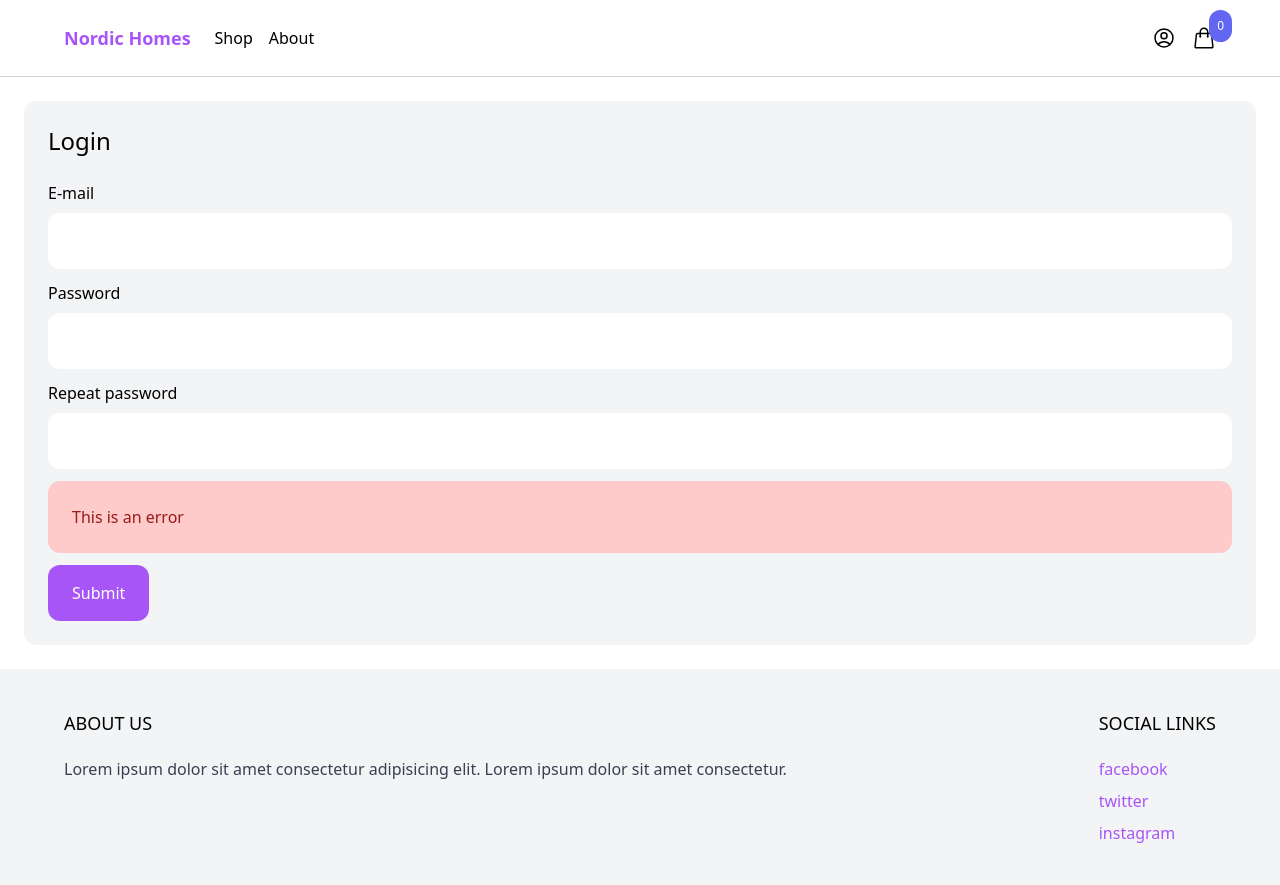
Repository: Calin224/NordicHomes
Page: core/templates/core/login.html
The author's editor kept a copy of each file at every save. The page is drawn from the files as they stood at one save, then again after the next save.
The browser window is 1280 px wide. The pictures show the whole page.
Some web libraries are served in a nearby version. The template is drawn by Django 4.2. The application's start-up code is not run. Other server files are loaded and not shown. The template is opened directly, without the code that normally fills it, so the values that code supplies are empty.

Above is the page before, as saved 2023-02-15 21:42:38.

### core/templates/core/login.html
{% extends 'core/base.html' %}

{% block content %}

<div class="max-2-lg mx-auto flex flex-wrap p-6">
    <div class="w-full bg-gray-100 p-6 rounded-xl">
        <h1 class="mb-6 text-2xl">Login</h1>

        <form action="." method="post" class="space-y-3">
            <div>
                <label for="">E-mail</label>
                <input type="email" class="w-full mt-2 py-4 px-6 bg-white rounded-xl focus:outline-none">
            </div>

            <div>
                <label for="">Password</label>
                <input type="password" class="w-full mt-2 py-4 px-6 bg-white rounded-xl focus:outline-none">
            </div>

            <div>
                <label for="">Repeat password</label>
                <input type="password" class="w-full mt-2 py-4 px-6 bg-white rounded-xl focus:outline-none">
            </div>

            <div class="p-6 bg-red-200 text-red-800 rounded-xl">
                <p>This is an error</p>
            </div>

            <div>
                <button class="py-4 px-6 rounded-xl text-white bg-purple-500 hover:bg-purple-700">Submit</button>
            </div>
        </form>
    </div>
</div>

{% endblock content %}

### core/templates/core/base.html
<!DOCTYPE html>
<html lang="en">

<head>
    <meta charset="UTF-8">
    <meta name="viewport" content="width=device-width, initial-scale=1.0">
    <script src="https://cdn.tailwindcss.com"></script>
</head>

<body>
    <nav class="border-b border-gray-300">
        <div class="max-w-6xl mx-auto py-2 px-6 xl:px-0 flex items-center justify-between">
            <div class="menu-left flex items-center space-x-6">
                <a href="{% url 'frontpage' %}" class="py-4 text-lg text-purple-500 font-semibold">Nordic Homes</a>

                <ul class="flex items-center space-x-4">
                    <li><a href="{% url 'shop' %}">Shop</a></li>
                    <li><a href="#">About</a></li>
                </ul>
            </div>

            <div class="menu-right flex items-center space-x-4">
                <a href="#">
                    <svg xmlns="http://www.w3.org/2000/svg" fill="none" viewBox="0 0 24 24" stroke-width="1.5"
                        stroke="currentColor" class="w-6 h-6">
                        <path stroke-linecap="round" stroke-linejoin="round"
                            d="M17.982 18.725A7.488 7.488 0 0012 15.75a7.488 7.488 0 00-5.982 2.975m11.963 0a9 9 0 10-11.963 0m11.963 0A8.966 8.966 0 0112 21a8.966 8.966 0 01-5.982-2.275M15 9.75a3 3 0 11-6 0 3 3 0 016 0z" />
                    </svg>

                </a>

                {% include 'cart/menu_cart.html' %}
            </div>
        </div>
    </nav>

    <main>
        {% block content %}{% endblock content %}
    </main>

    <footer class="bg-gray-100">
        <div class="max-w-6xl mx-auto py-10 px-6 xl:px-0 md:flex justify-between">
            <div class="footer-left mb-12 md:mb-0">
                <h2 class="mb-5 uppercase text-lg">about us</h2>
                <p class="text-gray-700">Lorem ipsum dolor sit amet consectetur adipisicing elit. Lorem ipsum dolor sit
                    amet consectetur.</p>
            </div>

            <div class="footer-right">
                <h2 class="mb-5 uppercase text-lg">social links</h2>
                <ul class="space-y-2">
                    <li><a href="#" class="text-purple-500 hover:text-purple-800">facebook</a></li>
                    <li><a href="#" class="text-purple-500 hover:text-purple-800">twitter</a></li>
                    <li><a href="#" class="text-purple-500 hover:text-purple-800">instagram</a></li>
                </ul>
            </div>
        </div>
    </footer>

    <script src="https://unpkg.com/htmx.org@1.8.5"></script>
</body>

</html>

### cart/templates/cart/menu_cart.html
<a href="#" id="menu-cart-button" class="relative">
    <svg xmlns="http://www.w3.org/2000/svg" fill="none" viewBox="0 0 24 24" stroke-width="1.5"
        stroke="currentColor" class="w-6 h-6">
        <path stroke-linecap="round" stroke-linejoin="round"
            d="M15.75 10.5V6a3.75 3.75 0 10-7.5 0v4.5m11.356-1.993l1.263 12c.07.665-.45 1.243-1.119 1.243H4.25a1.125 1.125 0 01-1.12-1.243l1.264-12A1.125 1.125 0 015.513 7.5h12.974c.576 0 1.059.435 1.119 1.007zM8.625 10.5a.375.375 0 11-.75 0 .375.375 0 01.75 0zm7.5 0a.375.375 0 11-.75 0 .375.375 0 01.75 0z" />
    </svg>
    <span class="p-2 absolute -top-4 -right-4 bg-indigo-500 text-white text-xs rounded-full">{{cart|length}}</span>
</a>

After the next save:
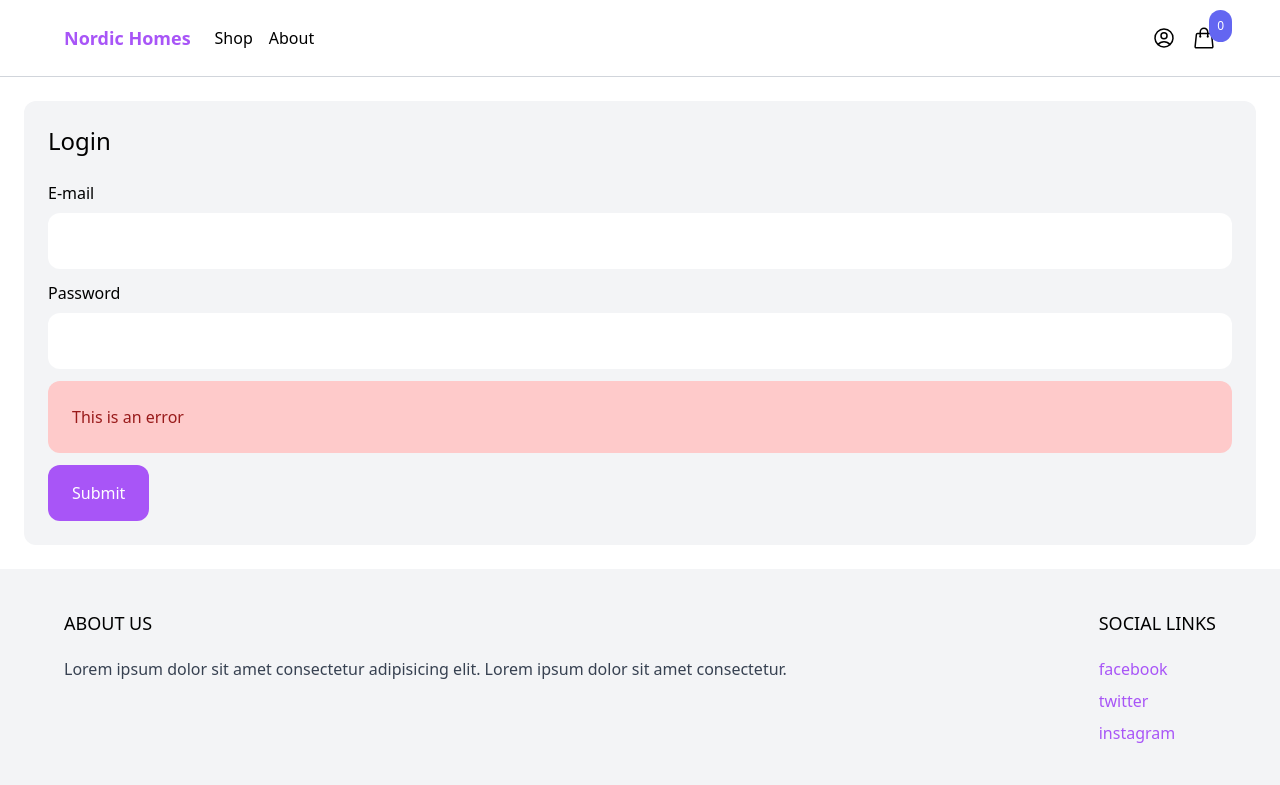
Saved 6 s later.
--- a/core/templates/core/login.html
+++ b/core/templates/core/login.html
@@ -17,11 +17,6 @@
                 <input type="password" class="w-full mt-2 py-4 px-6 bg-white rounded-xl focus:outline-none">
             </div>
 
-            <div>
-                <label for="">Repeat password</label>
-                <input type="password" class="w-full mt-2 py-4 px-6 bg-white rounded-xl focus:outline-none">
-            </div>
-
             <div class="p-6 bg-red-200 text-red-800 rounded-xl">
                 <p>This is an error</p>
             </div>
